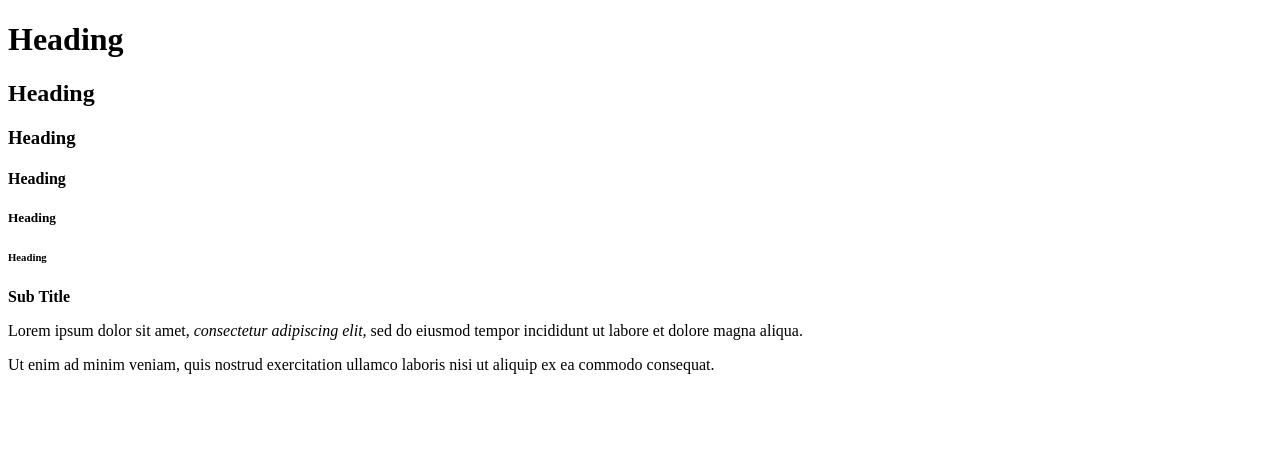
Repository: nashthecoder/code4days
Page: html_boilerplate/index.html
These files come from the project's save history. The page is drawn as it stood at one moment and after the next save; the edit follows.
The browser window is 1280 px wide. The pictures show the whole page.

Above is the page before, as saved 2023-03-16 14:47:46.

After the next save:
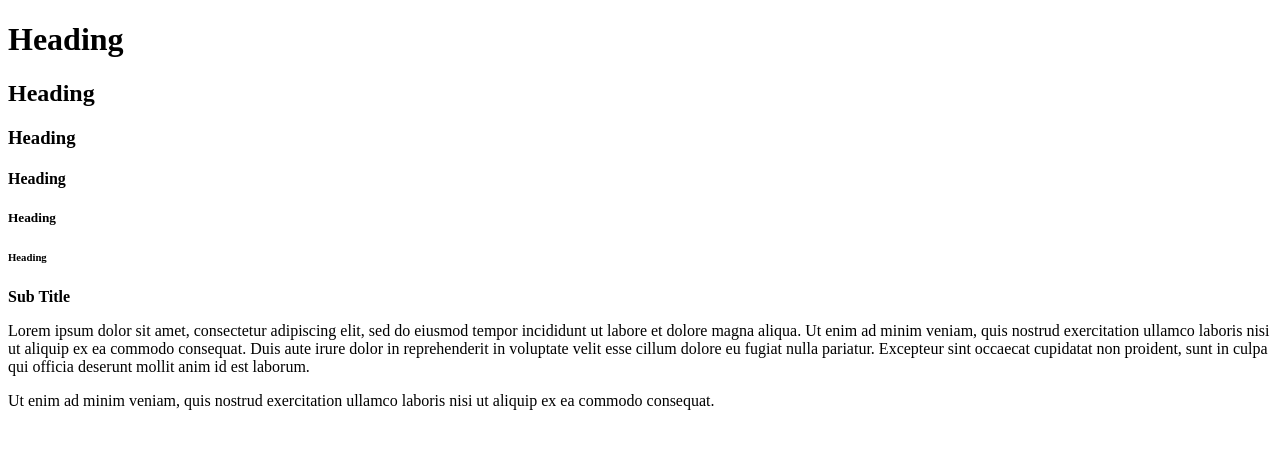
Saved 21 min 2 s later.
--- a/html_boilerplate/index.html
+++ b/html_boilerplate/index.html
@@ -15,10 +15,7 @@
     <h5>Heading</h5>
     <h6>Heading</h6>
     <strong>Sub Title</strong>
-    <p>Lorem ipsum dolor sit amet, <em>consectetur adipiscing elit,</em> sed do eiusmod tempor incididunt ut labore et
-        dolore
-        magna
-        aliqua.
+    <p>Lorem ipsum dolor sit amet, consectetur adipiscing elit, sed do eiusmod tempor incididunt ut labore et dolore magna aliqua. Ut enim ad minim veniam, quis nostrud exercitation ullamco laboris nisi ut aliquip ex ea commodo consequat. Duis aute irure dolor in reprehenderit in voluptate velit esse cillum dolore eu fugiat nulla pariatur. Excepteur sint occaecat cupidatat non proident, sunt in culpa qui officia deserunt mollit anim id est laborum.
     </p>
     <p>Ut enim ad minim veniam, quis nostrud exercitation ullamco laboris nisi ut aliquip ex ea commodo consequat.
     </p>
